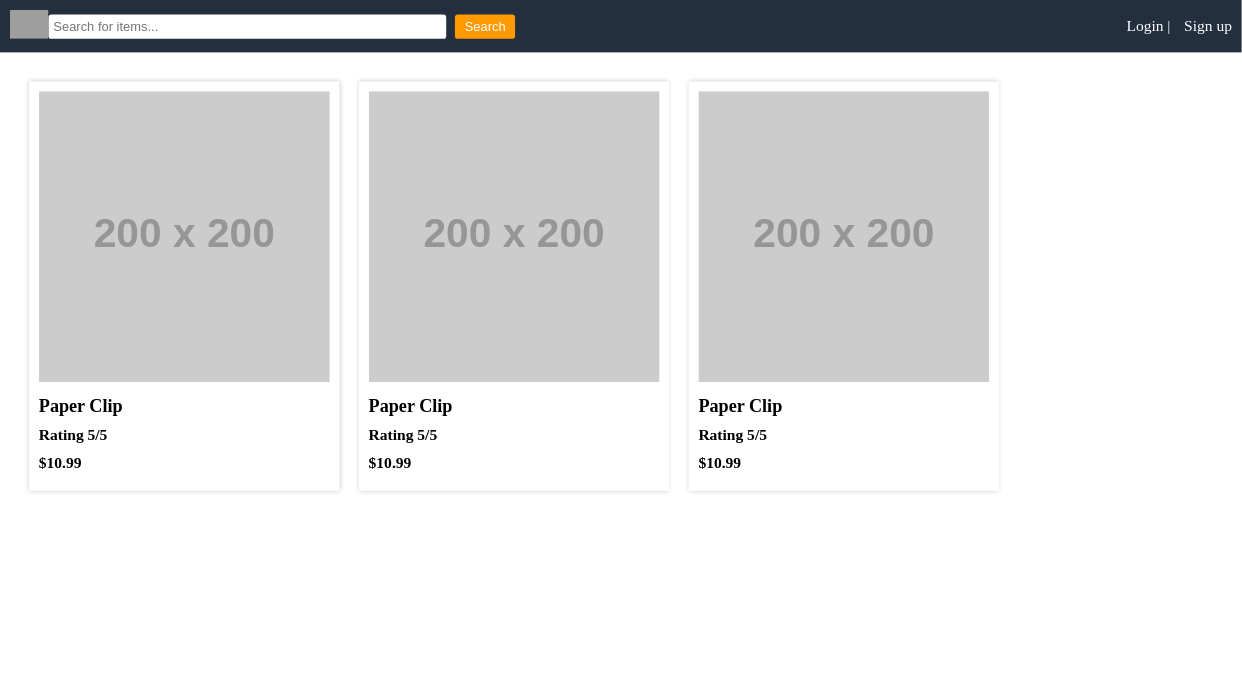
Repository: Minh-John-Le/OfficeSupplyDepot
Page: OfficeSupplyDepotServlet/src/main/webapp/MainPage.html
An editor plug-in stored every save of this project. The page is shown before and after the next save, followed by the edit.
The browser window is 1280 px wide. The pictures show the whole page, at 97% of full size.
Pictures or frames that could not be fetched are drawn as grey boxes.

Above is the page before, as saved 2023-03-13 06:33:10.

After the next save:
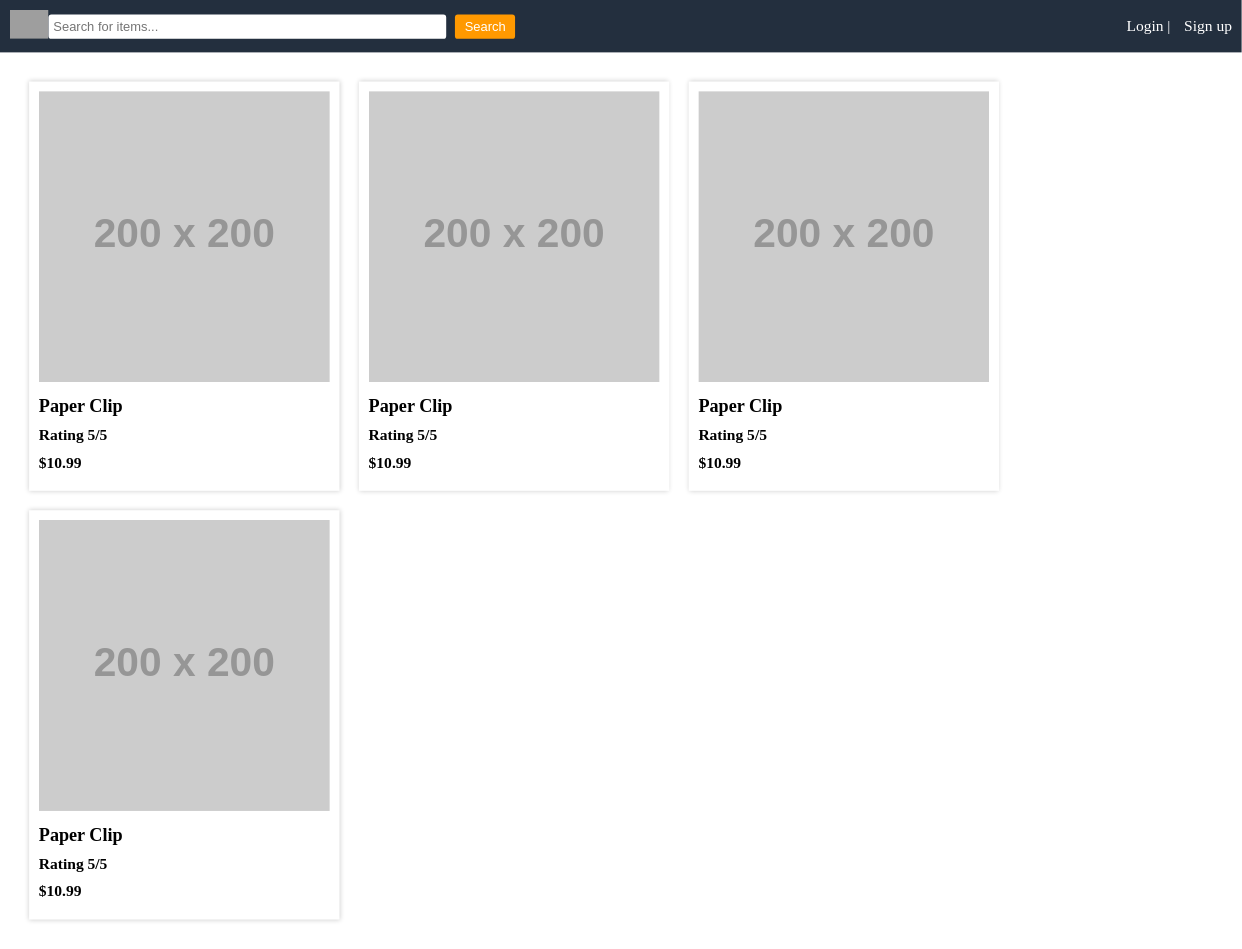
Saved 18 s later.
--- a/OfficeSupplyDepotServlet/src/main/webapp/MainPage.html
+++ b/OfficeSupplyDepotServlet/src/main/webapp/MainPage.html
@@ -37,6 +37,12 @@
 			<p>Rating 5/5</p>
 			<p>$10.99</p>
 		</div>
+		<div class="item-box">
+			<img src="https://dummyimage.com/200x200/000/fff&text=Paperclips">
+			<h3>Paper Clip</h3>
+			<p>Rating 5/5</p>
+			<p>$10.99</p>
+		</div>
 	</div>
 </body>
 </html>
